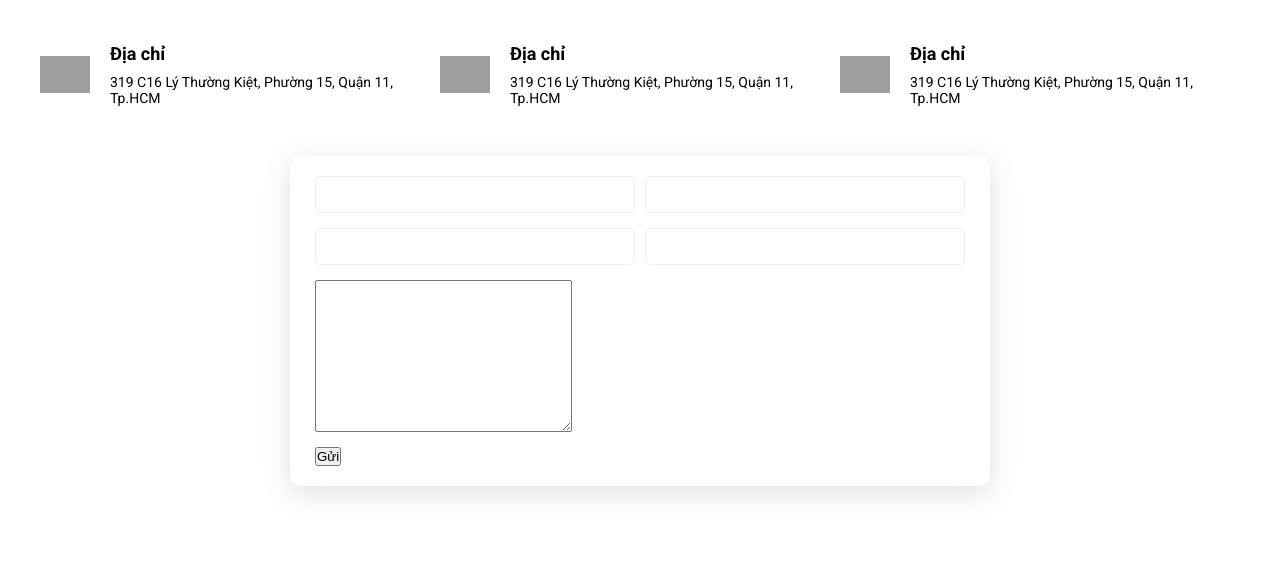
Repository: web345/WEBNANGCAO-clock-
Page: contact.html
An editor plug-in stored every save of this project. The page is shown before and after the next save, followed by the edit.
The browser window is 1280 px wide. The pictures show the part of the page from y = 678 to 1264 px (the page is 1264 px tall).
The first visible `.form-group input` has the focus.
Pictures or frames that could not be fetched are drawn as grey boxes. Some web libraries are served in a nearby version.

Above is the page before, as saved 2021-09-10 20:26:36.

After the next save:
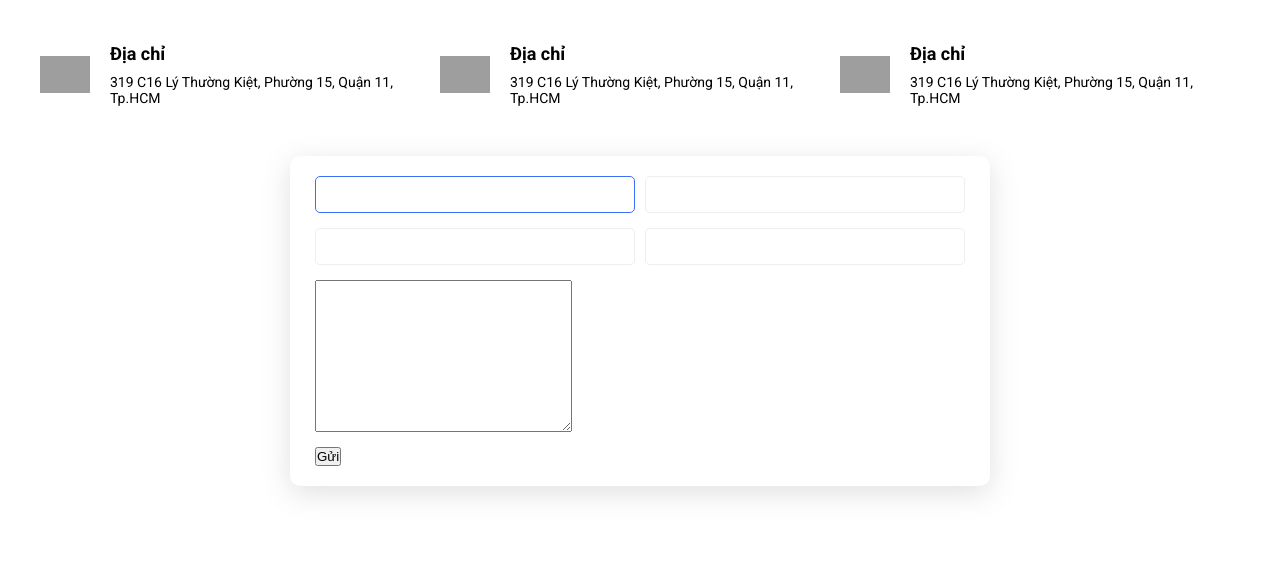
Saved 44 s later.
--- a/CSS/contact.css
+++ b/CSS/contact.css
@@ -50,5 +50,5 @@ form {
 }
 
 .form-group input:focus {
-  border-radius: #3d6ef7;
+  border-color: #3d6ef7;
 }
